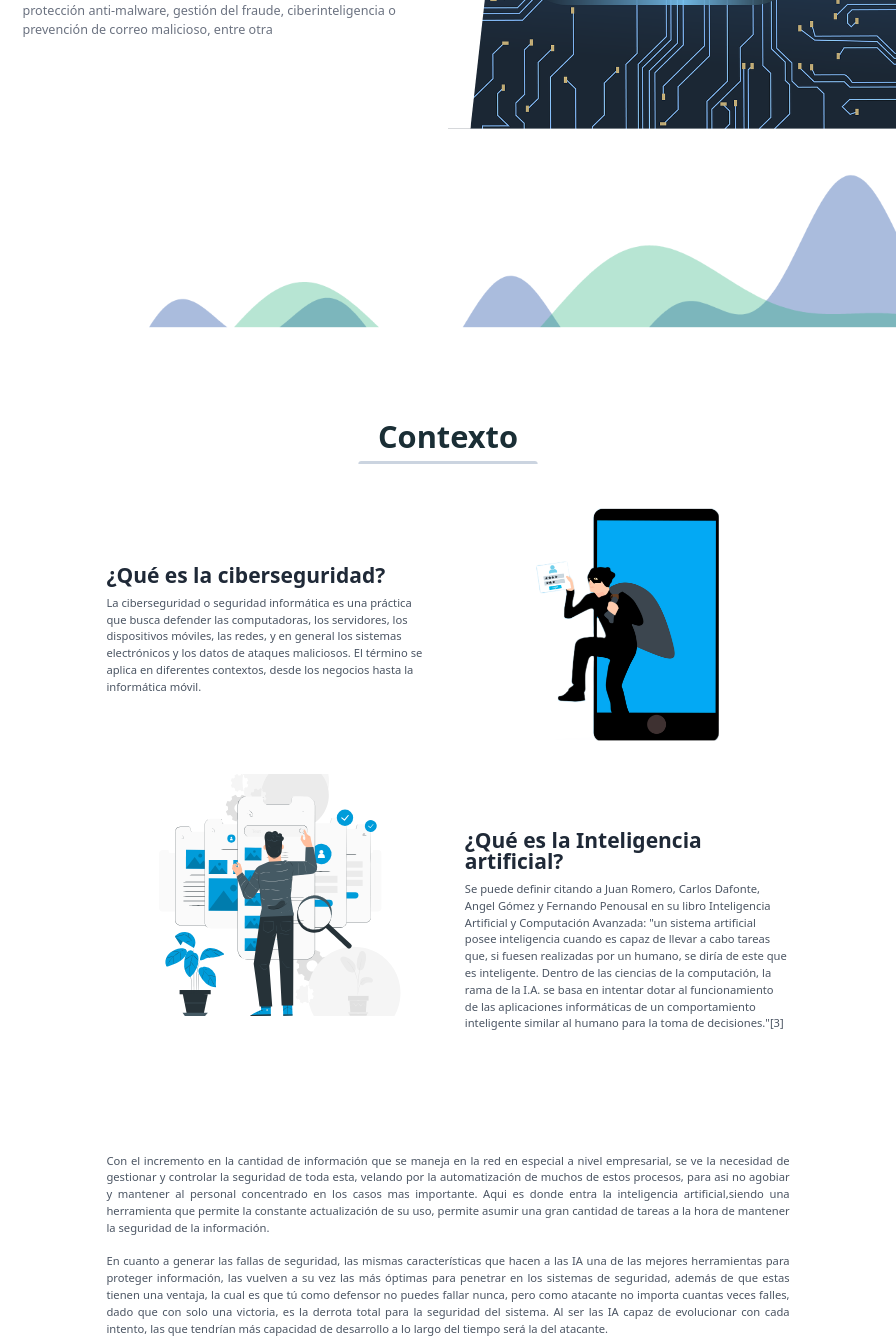
Repository: cardacar/fdi-2022
Page: /
The author's editor kept a copy of each file at every save. The page is drawn from the files as they stood at one save, then again after the next save.
The browser window is 1280 px wide. The pictures show the part of the page from y = 674 to 2594 px (the page is 6272 px tall before and 6526 px after), at 70% of full size.
The project was rebuilt for these pictures with package versions that can differ from the ones it lists, and the page was loaded fresh each time. The framework's server and built-in components were replaced by stand-ins that run in the browser. Also part of the build but not shown: next.config.js.

Above is the page before, as saved 2022-08-07 16:36:37.

### src/pages/index.tsx
import React from "react";

import About from "../components/About";
import Canvas from "../components/Canvas";
import Features from "../components/Features";
import Header from "../components/Header";
import LazyShow from "../components/LazyShow";
import MainHero from "../components/MainHero";
import MainHeroImage from "../components/MainHeroImage";
import Pricing from "../components/Pricing";
import Product from "../components/Product";
import Necesidad from "../components/Necesidad";
import Problema from "../components/Problema";

const App = () => {
  return (
    <div className={`bg-background grid gap-y-16 overflow-hidden`}>
      <div className={`relative bg-background`}>
        <div className="max-w-7xl mx-auto">
          <div
            className={`relative z-10 pb-8 bg-background sm:pb-16 md:pb-20 lg:max-w-2xl lg:w-full lg:pb-28 xl:pb-32`}
          >
            <Header />
            <MainHero />
          </div>
        </div>
        <MainHeroImage />
      </div>
      <Canvas />
      <LazyShow>
        <>
          <Product />
          <Canvas />
        </>
      </LazyShow>
      <LazyShow>
        <>
          <Features />
        </>
      </LazyShow>
      <LazyShow>
        <>
          <Necesidad />
        </>
      </LazyShow>

      <LazyShow>
        <>
          <Problema />
        </>
      </LazyShow>
      <LazyShow>
        <>
          <Canvas />

          <Pricing />
        </>
      </LazyShow>
      <LazyShow>
        <>
          <About />
        </>
      </LazyShow>
    </div>
  );
};

export default App;

### src/styles/main.css
@tailwind base;
@tailwind components;
@tailwind utilities;


:root {
  --color-primary: #11626D;
  --color-secondary: #1F9BAD;
  --color-tertiaty: #99a0a3;
}

a {
  @apply text-blue-800;
}

a:hover {
  @apply border-b-2 border-blue-900;
}



.content p {
  @apply my-6;
}

.content ul {
  @apply my-6;
}

### src/utils/AppConfig.ts
export const AppConfig = {
  site_name: 'FDICIA',
  title: 'Cómo influye la Inteligencia Artificial a la ciberseguridad en las empresas Colombianas',
  description: '',
  locale: 'es',
};

### src/components/About.tsx
import React from 'react';

import config from '../config/index.json';

const About = () => {
  const { company } = config;
  const { logo, name: companyName } = company;


  return (
    <div
      id="about"
      className="mx-auto container xl:px-20 lg:px-12 sm:px-6 px-4 py-12"
    >
      <div className="flex flex-col items-center justify-center">
        <div>
          <img src={logo} alt={companyName} className="w-16 h-16" style={{color: 'red'}}/>
        </div>
        <div className="flex items-center mt-6">
          <p className="mt-6 text-xs lg:text-sm leading-none text-gray-900 dark:text-gray-50">
            &copy; {new Date().getFullYear()} Diseñado por{' '}
            <a href="#" rel="nofollow">
              Equipo de Fundamentos de investigación
            </a>
          </p>
        </div>
      </div>
    </div>
  );
};
export default About;

### src/components/Canvas.tsx
import { useRef, FC, useEffect, useState } from 'react';

import { CanvasContext } from '../hooks/useCanvas';
import useResponsiveSize from '../hooks/useResponsiveSize';
import Wave from './Wave';

const Canvas: FC = () => {
  const canvasRef = useRef<HTMLCanvasElement>(null);
  const { width } = useResponsiveSize();
  const [context, setContext] = useState<
    CanvasRenderingContext2D | undefined
  >();

  useEffect(() => {
    const ctx = canvasRef?.current?.getContext('2d');
    if (ctx) setContext(ctx);
  }, []);

  return (
    <>
      <CanvasContext.Provider value={{ context }}>
        <canvas id="canvas" ref={canvasRef} width={width} height={220}></canvas>
        <Wave />
      </CanvasContext.Provider>
    </>
  );
};

export default Canvas;

### src/components/Features.tsx
import React from 'react';

import config from '../config/index.json';

const Features = () => {
  const { features } = config;
  const { title, subtitle, description, items: featuresList } = features;
  return (
    <div className={`py-12 bg-background`} id="features">
      <div className="max-w-7xl mx-auto px-4 sm:px-6 lg:px-8">
        <div className="lg:text-center">
          <h2
            className={`text-base text-primary font-semibold tracking-wide uppercase`}
          >
            {title}
          </h2>
          <p className="mt-2 text-3xl leading-8 font-extrabold tracking-tight text-gray-900 sm:text-4xl">
            {subtitle}
          </p>
          <p className="mt-4 max-w-2xl text-xl text-gray-500 lg:mx-auto">
            {description}
          </p>
        </div>

        <div className="mt-10">
          <dl className="space-y-10 md:space-y-0 md:grid md:grid-cols-2 md:gap-x-8 md:gap-y-10">
            {featuresList.map((feature) => (
              <div key={feature.name} className="relative">
                <dt>
                  <div
                    className={`absolute flex items-center justify-center h-12 w-12 rounded-md bg-background text-tertiary border-primary border-4`}
                  >
                    <img
                      className={`inline-block h-6 w-6`}
                      src={feature.icon}
                      alt={feature.name}
                    />
                  </div>
                  <p className="ml-16 text-lg leading-6 font-medium text-gray-900">
                    {feature.name}
                  </p>
                </dt>
                <dd className="mt-2 ml-16 text-base text-gray-500">
                  {feature.description}
                </dd>
              </div>
            ))}
          </dl>
        </div>
      </div>
    </div>
  );
};

export default Features;

### src/components/Header.tsx
import React, { Fragment } from 'react';

import { Popover, Transition } from '@headlessui/react';
import { MenuIcon, XIcon } from '@heroicons/react/outline';
import { Link } from 'react-scroll';

import config from '../config/index.json';

const Menu = () => {
  const { navigation, company } = config;
  const { name: companyName, logo } = company;

  return (
    <>
      <svg
        className={`hidden lg:block absolute right-0 inset-y-0 h-full w-48 text-background transform translate-x-1/2`}
        fill="currentColor"
        viewBox="0 0 100 100"
        preserveAspectRatio="none"
        aria-hidden="true"
      >
        <polygon points="50,0 100,0 50,100 0,100" />
      </svg>

      <Popover>
        <div className="relative pt-6 px-4 sm:px-6 lg:px-8">
          <nav
            className="relative flex items-center justify-between sm:h-10 lg:justify-start"
            aria-label="Global"
          >
            <div className="flex items-center flex-grow flex-shrink-0 lg:flex-grow-0">
              <div className="flex items-center justify-between w-full md:w-auto">
                <a href="#">
                  <span className="sr-only">{companyName}</span>
                  <img alt="logo" className="h-16 w-auto sm:h-16" src={logo} />
                </a>
                <div className="-mr-2 flex items-center md:hidden">
                  <Popover.Button
                    className={`bg-background rounded-md p-2 inline-flex items-center justify-center text-gray-400 hover:text-gray-500 hover:bg-gray-100 focus:outline-none focus:ring-2 focus:ring-inset focus:ring-secondary`}
                  >
                    <span className="sr-only">Open main menu</span>
                    <MenuIcon className="h-6 w-6" aria-hidden="true" />
                  </Popover.Button>
                </div>
              </div>
            </div>
            <div className="hidden md:block md:ml-10 md:pr-4 md:space-x-8">
              {navigation.map((item) => (
                <Link
                  spy={true}
                  active="active"
                  smooth={true}
                  duration={1000}
                  key={item.name}
                  to={item.href}
                  className="font-medium text-gray-500 hover:text-gray-900"
                >
                  {item.name}
                </Link>
              ))}
            </div>
          </nav>
        </div>

        <Transition
          as={Fragment}
          enter="duration-150 ease-out"
          enterFrom="opacity-0 scale-95"
          enterTo="opacity-100 scale-100"
          leave="duration-100 ease-in"
          leaveFrom="opacity-100 scale-100"
          leaveTo="opacity-0 scale-95"
        >
          <Popover.Panel
            focus
            className="absolute z-10 top-0 inset-x-0 p-2 transition transform origin-top-right md:hidden"
          >
            <div
              className={`rounded-lg shadow-md bg-background ring-1 ring-black ring-opacity-5 overflow-hidden`}
            >
              <div className="px-5 pt-4 flex items-center justify-between">
                <div>
                  <img className="h-8 w-auto" src={logo} alt="" />
                </div>
                <div className="-mr-2">
                  <Popover.Button
                    className={`bg-background rounded-md p-2 inline-flex items-center justify-center text-gray-400 hover:text-gray-500 hover:bg-gray-100 focus:outline-none focus:ring-2 focus:ring-inset focus:ring-secondary`}
                  >
                    <span className="sr-only">Close main menu</span>
                    <XIcon className="h-6 w-6" aria-hidden="true" />
                  </Popover.Button>
                </div>
              </div>
              <div className="px-2 pt-2 pb-3 space-y-1">
                {navigation.map((item) => (
                  <Link
                    spy={true}
                    active="active"
                    smooth={true}
                    duration={1000}
                    key={item.name}
                    to={item.href}
                    className="block px-3 py-2 rounded-md text-base font-medium text-gray-700 hover:text-gray-900 hover:bg-gray-50"
                  >
                    {item.name}
                  </Link>
                ))}
              </div>

            </div>
          </Popover.Panel>
        </Transition>
      </Popover>
    </>
  );
};

export default Menu;

### src/components/LazyShow.tsx
import React, { MutableRefObject, useEffect, useRef, useState } from 'react';

import { motion, useAnimation } from 'framer-motion';

function useOnScreen(
  ref: MutableRefObject<HTMLDivElement | null>,
  rootMargin = '0px'
) {
  const [isIntersecting, setIntersecting] = useState(false);

  useEffect(() => {
    let currentRef: any = null;
    const observer = new IntersectionObserver(
      ([entry]) => {
        if (entry?.isIntersecting) setIntersecting(entry?.isIntersecting);
      },
      {
        rootMargin,
      }
    );
    if (ref && ref?.current) {
      currentRef = ref.current;
      observer.observe(currentRef);
    }
    return () => {
      observer.unobserve(currentRef);
    };
  }, [ref, rootMargin]); // Empty array ensures that effect is only run on mount and unmount

  return isIntersecting;
}

const LazyShow = ({ children }: { children: React.ReactChild }) => {
  const controls = useAnimation();
  const rootRef = useRef<HTMLDivElement>(null);
  const onScreen = useOnScreen(rootRef);
  useEffect(() => {
    if (onScreen) {
      controls.start({
        x: 0,
        opacity: 1,
        transition: {
          duration: 0.5,
          ease: 'easeOut',
        },
      });
    }
  }, [onScreen, controls]);
  return (
    <motion.div
      className="lazy-div"
      ref={rootRef}
      initial={{ opacity: 0, x: -50 }}
      animate={controls}
    >
      {children}
    </motion.div>
  );
};

export default LazyShow;

### src/components/MainHero.tsx
import React from 'react';

import config from '../config/index.json';

const MainHero = () => {
  const { mainHero } = config;
  return (
    <main className="mt-10 mx-auto max-w-7xl px-4 sm:mt-12 sm:px-6 md:mt-16 lg:mt-20 lg:px-8 xl:mt-28">
      <div className="sm:text-center lg:text-left">
        <h1 className="text-4xl tracking-tight font-extrabold text-gray-900 sm:text-5xl md:text-6xl">
          <span className="block xl:inline">{mainHero.title}</span>{' '}
          <span className={`block text-primary xl:inline`}>
            {mainHero.subtitle}
          </span>
        </h1>
        <p className="mt-3 text-base text-gray-500 sm:mt-5 sm:text-lg sm:max-w-xl sm:mx-auto md:mt-5 md:text-xl lg:mx-0">
          {mainHero.description}
        </p>
      </div>
    </main>
  );
};

export default MainHero;

### src/components/Product.tsx
import React from "react";

import config from "../config/index.json";
import Divider from "./Divider";

const Product = () => {
  const { product } = config;
  const [firstItem, secondItem] = product.items;

  return (
    <section className={`bg-background py-8`} id="product">
      <div className={`container max-w-5xl mx-auto m-8`}>
        <h1
          className={`w-full my-2 text-5xl font-bold leading-tight text-center text-primary`}
        >
          {product.title.split(" ").map((word, index) => (
            <span
              key={index}
              className={index % 2 ? "text-primary" : "text-border"}
            >
              {word}{" "}
            </span>
          ))}
        </h1>
        <Divider />
        <div className={`flex flex-wrap`}>
          <div className={`w-5/6 sm:w-1/2 p-6 mt-20`}>
            <h3
              className={`text-3xl text-gray-800 font-bold leading-none mb-3`}
            >
              {firstItem?.title}
            </h3>
            <p className={`text-gray-600`}>{firstItem?.description}</p>
          </div>
          <div className={`w-full sm:w-1/2 p-6`}>
            <img
              className="h-6/6"
              src={firstItem?.img}
              alt={firstItem?.title}
            />
          </div>
        </div>
        <div className={`flex flex-wrap flex-col-reverse sm:flex-row`}>
          <div className={`w-full sm:w-1/2 p-6`}>
            <img
              className="h-6/6"
              src={secondItem?.img}
              alt={secondItem?.title}
            />
          </div>
          <div className={`w-full sm:w-1/2 p-6 mt-20`}>
            <div className={`align-middle`}>
              <h3
                className={`text-3xl text-gray-800 font-bold leading-none mb-3`}
              >
                {secondItem?.title}
              </h3>
              <p className={`text-gray-600 mb-8`}>{secondItem?.description}</p>
            </div>
          </div>
          <div className={`w-full p-6 mt-20 text-center`}>
            <div className={`align-middle`}>
              <h3
                className={`text-3xl text-gray-800 font-bold leading-none mb-3`}
              >
              </h3>
              <p className={`text-gray-600 mb-8 text-justify`}>
                Con el incremento en la cantidad de información que se maneja en
                la red en especial a nivel empresarial, se ve la necesidad de
                gestionar y controlar la seguridad de toda esta, velando por la
                automatización de muchos de estos procesos, para asi no agobiar
                y mantener al personal concentrado en los casos mas importante.
                Aqui es donde entra la inteligencia artificial,siendo una
                herramienta que permite la constante actualización de su uso,
                permite asumir una gran cantidad de tareas a la hora de mantener
                la seguridad de la información.<br></br><br></br> En cuanto a generar las fallas
                de seguridad, las mismas características que hacen a las IA una
                de las mejores herramientas para proteger información, las
                vuelven a su vez las más óptimas para penetrar en los sistemas
                de seguridad, además de que estas tienen una ventaja, la cual es
                que tú como defensor no puedes fallar nunca, pero como atacante
                no importa cuantas veces falles, dado que con solo una victoria,
                es la derrota total para la seguridad del sistema. Al ser las IA
                capaz de evolucionar con cada intento, las que tendrían más
                capacidad de desarrollo a lo largo del tiempo será la del
                atacante.
              </p>
            </div>
          </div>
        </div>
      </div>
    </section>
  );
};

export default Product;

### src/components/Necesidad.tsx
import React from 'react';

import config from '../config/index.json';

const Necesidad = () => {
  const { Necesidad } = config;
  const { title, subtitle, description, items: featuresList } = Necesidad;
  return (
    <div className={`py-12 bg-background`} id="necesidad">
      <div className="max-w-7xl mx-auto px-4 sm:px-6 lg:px-8">
        <div className="lg:text-center">
          <h2
            className={`text-base text-primary font-semibold tracking-wide uppercase`}
          >
            {title}
          </h2>
          <p className="mt-2 text-3xl leading-8 font-extrabold tracking-tight text-gray-900 sm:text-4xl">
            {subtitle}
          </p>
          <p className="mt-4 max-w-2xl text-xl text-gray-500 lg:mx-auto">
            {description}
          </p>
        </div>

        <div className="mt-10">
          <dl className="space-y-10 md:space-y-0 md:grid md:grid-cols-2 md:gap-x-8 md:gap-y-10">
            {featuresList.map((feature) => (
              <div key={feature.name} className="relative">
                <dt>
                  <p className="ml-16 text-lg leading-6 font-medium text-gray-900">
                    {feature.name}
                  </p>
                </dt>
                <dd className="mt-2 ml-16 text-base text-gray-500">
                  {feature.description}
                </dd>
              </div>
            ))}
          </dl>
        </div>
      </div>
    </div>
  );
};

export default Necesidad;

### src/components/Problema.tsx
import React from "react";
import config from "../config/index.json";

const Problema = () => {
  return (
    <div className={`py-12 bg-background`} id="problema">
      <div className="max-w-7xl mx-auto px-4 sm:px-6 lg:px-8">
        <div className="lg:text-center">
          <p className="mt-2 text-3xl leading-8 font-extrabold tracking-tight text-gray-900 sm:text-4xl">
            Problema
          </p>
        </div>
        <div className={`w-full p-6 mt-20 text-center`}>
            <div className={`align-middle`}>
              <h3
                className={`text-3xl text-gray-800 font-bold leading-none mb-3`}
              >
              </h3>
              <p className={`text-gray-600 mb-8 text-justify`}>
              En el año 2021 se presentaron 41 billones de intentos de ataques
            cibernéticos en el mundo y siete billones en Colombia. De acuerdo
            con el último informe presentado por la Fiscalía General de la
            Nación, en Colombia en el año 2021 el número de ataques cibernéticos
            aumentó en un 30%, comparado con el año anterior. Si bien, las
            compañías y entidades oficiales han venido trabajando fuertemente en
            estrategias tendientes a robustecer las medidas de ciberseguridad,
            estas no han sido suficientes, ya que casos como el secuestro de
            información o la afectación de datos a entidades, aún continúan
            presentándose y han ocasionado grandes pérdidas económicas para las
            organizaciones, ya que estas han tenido que efectuar cuantiosos
            pagos frente a este tipo extorsiones a los cibercriminales.
            <br></br>
            <br></br>
            Los cibercrímenes generan cada vez más rentabilidad para los
            atacantes y en este sentido, si no existen herramientas para
            contrarrestarlos y estar protegidos, seguirá creciendo la curva de
            ciberataques para empresas y entidades de gobierno.
              </p>
            </div>
          </div>
          <div className={`flex flex-wrap`}>
          <div className={`w-5/6 sm:w-1/2 p-6 mt-20`}>
            <h3
              className={`text-3xl text-gray-800 font-bold leading-none mb-3`}
            >
              {"prueba"}
            </h3>
            <p className={`text-gray-600`}>{"prueba1"}</p>
          </div>
          <div className={`w-full sm:w-1/2 p-6`}>
            <img
              className="h-6/6"
              src="#"
              alt="#"
            />
          </div>
          <div className={`w-full sm:w-1/2 p-6`}>
            <img
              className="h-6/6"
              src={`${config.product.items[0]?.img}`}
              alt="#"
            />
          </div>
          <div className={`w-full sm:w-1/2 p-6`}>
            <img
              className="h-6/6"
              src={`${config.product.items[0]?.img}`}
              alt="#"
            />
          </div>
        </div>
      </div>
    </div>
  );
};

export default Problema;

### src/components/Wave.tsx
import { FC } from 'react';

import { useCanvasContext } from '../hooks/useCanvas';
import useResponsiveSize from '../hooks/useResponsiveSize';
import WaveObj from '../utils/wave';

const Wave: FC = () => {
  const { context } = useCanvasContext();
  const { width } = useResponsiveSize();
  const height = 600;
  let frequency = 0.013;
  const waves = {
    frontWave: new WaveObj([0.0211, 0.028, 0.015], 'rgb(44, 89, 171, 0.4)'),
    backWave: new WaveObj([0.0122, 0.018, 0.005], 'rgb(17, 169, 111, 0.3)'),
  };

  const render = () => {
    context?.clearRect(0, 0, width, height);
    Object.entries(waves).forEach(([, wave]) => {
      wave.draw(context!, width, height, frequency);
    });
    frequency += 0.013;
    requestAnimationFrame(render);
  };
  if (context) render();
  return null;
};

export default Wave;

Loaded but not shown: src/pages/_app.tsx (common file); src/pages/_document.tsx (common file); src/components/MainHeroImage.tsx (common file); src/hooks/useCanvas.ts (common file); src/hooks/useResponsiveSize.ts (common file); src/components/Divider.tsx (common file); src/utils/wave.ts (common file); src/config/index.json (130 lines, source omitted); tailwind.config.js (46 lines, source omitted); src/components/Pricing.tsx (156 lines, source omitted)

After the next save:
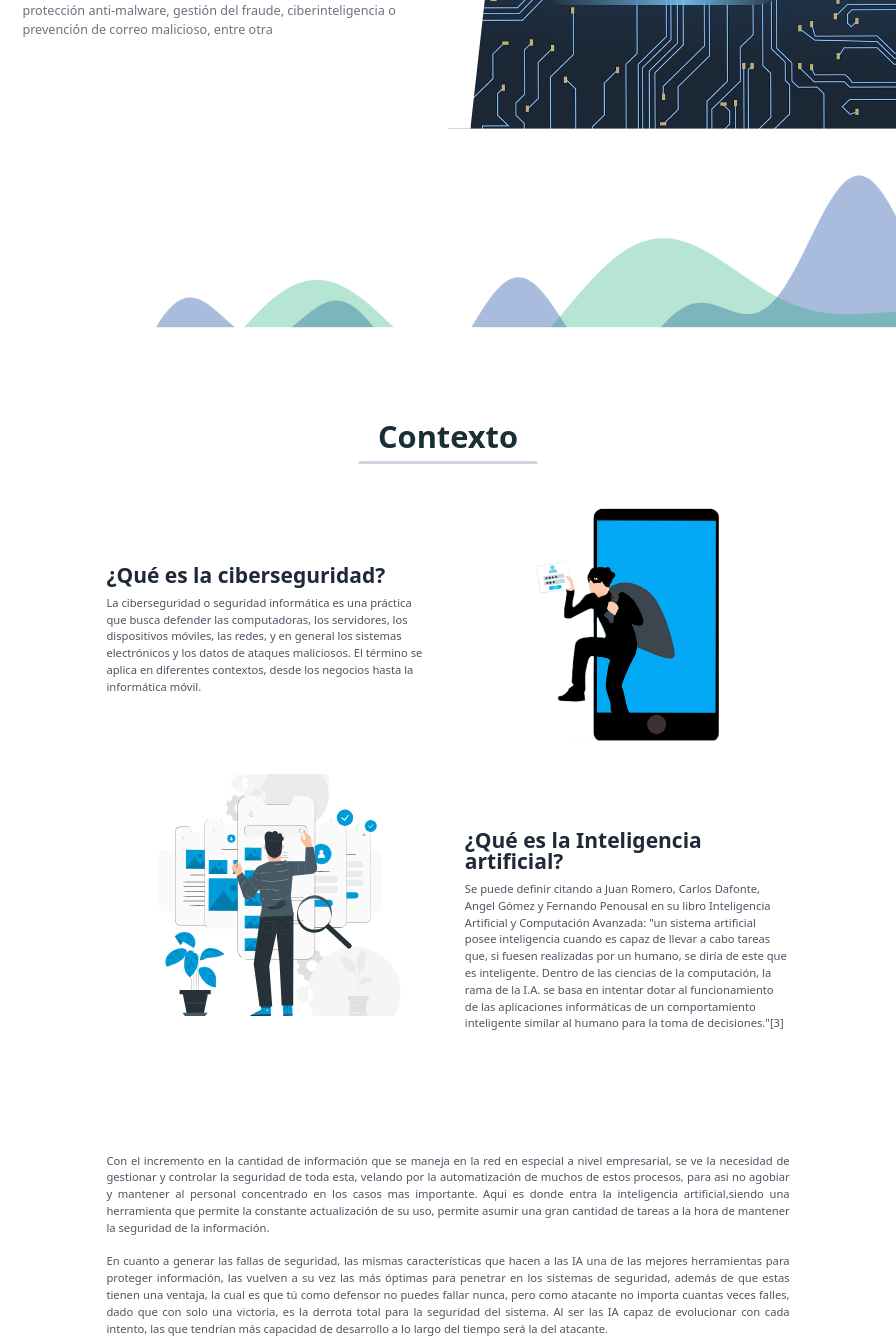
Saved 15 s later.
--- a/src/components/Problema.tsx
+++ b/src/components/Problema.tsx
@@ -47,13 +47,7 @@ const Problema = () => {
             </h3>
             <p className={`text-gray-600`}>{"prueba1"}</p>
           </div>
-          <div className={`w-full sm:w-1/2 p-6`}>
-            <img
-              className="h-6/6"
-              src="#"
-              alt="#"
-            />
-          </div>
+
           <div className={`w-full sm:w-1/2 p-6`}>
             <img
               className="h-6/6"
